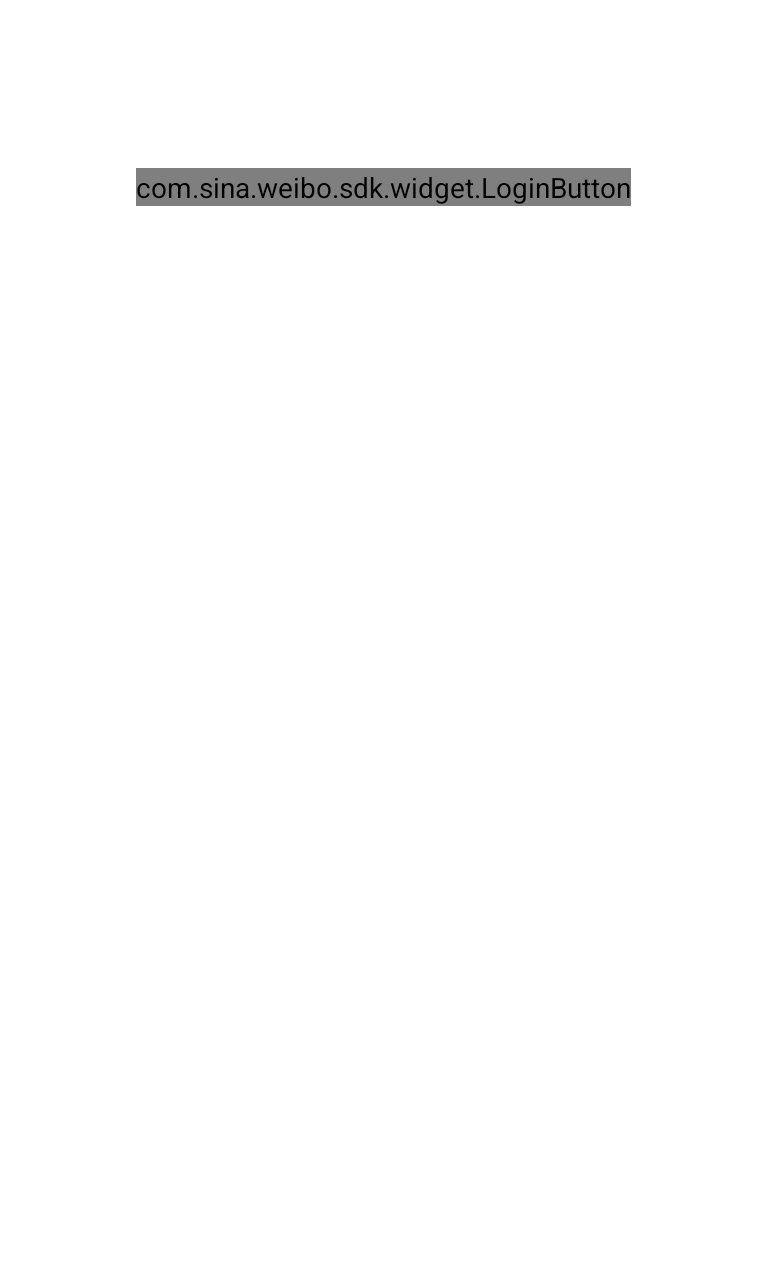
Repository: aojue/HappyAA
Layout: HappyAA/res/layout/activity_main.xml
The author's editor kept a copy of each file at every save. The layout is drawn from the files as they stood at one save, then again after the next save.
Pictures or frames that could not be fetched are drawn as grey boxes. It is drawn on a 768 x 1280 px phone screen (xhdpi) without system bars, with theme AppTheme; the app's code is not run.

Above is the layout before, as saved 2014-10-24 07:24:51.

### HappyAA/res/layout/activity_main.xml
<RelativeLayout xmlns:android="http://schemas.android.com/apk/res/android"
    xmlns:tools="http://schemas.android.com/tools"
    android:layout_width="match_parent"
    android:layout_height="match_parent"
    android:paddingBottom="@dimen/activity_vertical_margin"
    android:paddingLeft="@dimen/activity_horizontal_margin"
    android:paddingRight="@dimen/activity_horizontal_margin"
    android:paddingTop="@dimen/activity_vertical_margin"
    tools:context="com.sina.weibo.happyaa.MainActivity" >

    <com.sina.weibo.sdk.widget.LoginButton
        android:id="@+id/loginButton1"
        android:layout_width="wrap_content"
        android:layout_height="wrap_content"
        android:layout_alignParentTop="true"
        android:layout_centerHorizontal="true"
        android:layout_marginTop="68dp" />

</RelativeLayout>

Loaded but not shown: HappyAA/res/values/styles.xml (common file); HappyAA/res/values-v11/styles.xml (common file); HappyAA/res/values-v14/styles.xml (common file); HappyAA/res/values/dimens.xml (common file); HappyAA/res/values-w820dp/dimens.xml (common file)

After the next save:
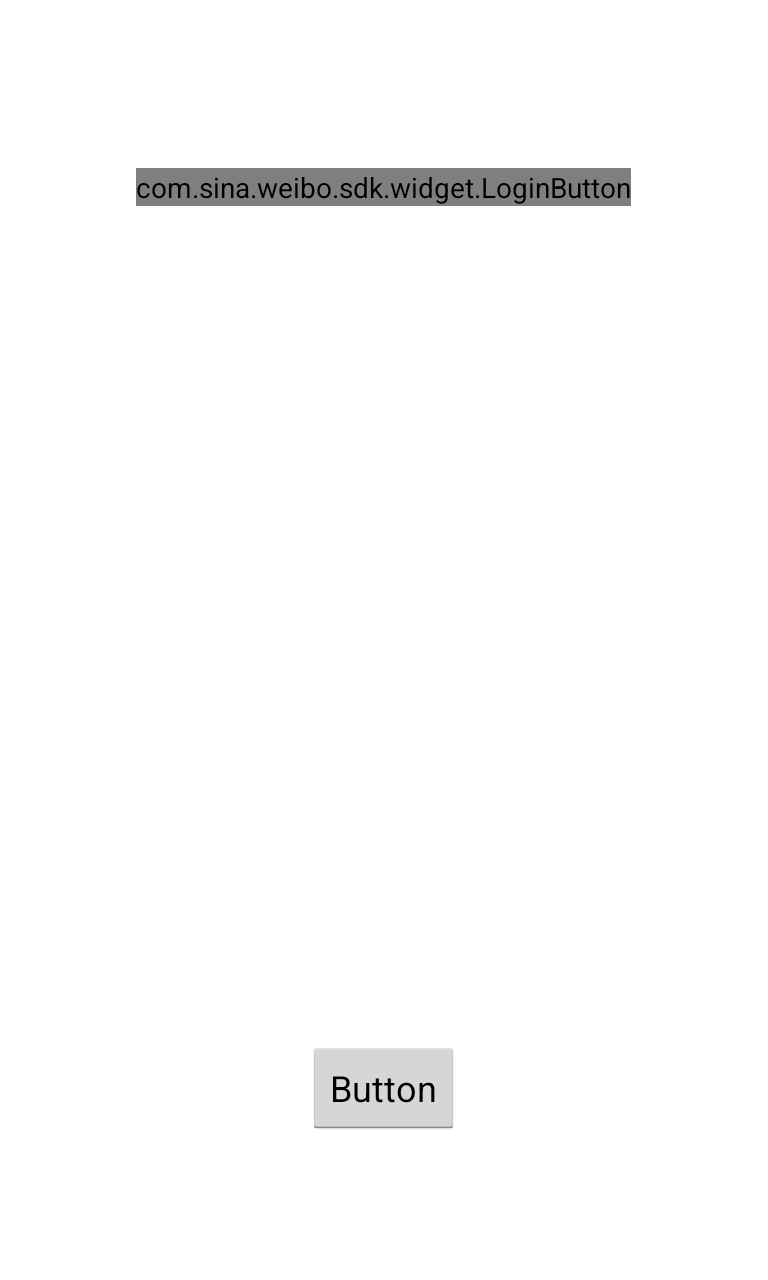
Saved 108 s later.
--- a/HappyAA/res/layout/activity_main.xml
+++ b/HappyAA/res/layout/activity_main.xml
@@ -16,4 +16,13 @@
         android:layout_centerHorizontal="true"
         android:layout_marginTop="68dp" />
 
+    <Button
+        android:id="@+id/button1"
+        android:layout_width="wrap_content"
+        android:layout_height="wrap_content"
+        android:layout_alignParentBottom="true"
+        android:layout_centerHorizontal="true"
+        android:layout_marginBottom="56dp"
+        android:text="Button" />
+
 </RelativeLayout>
